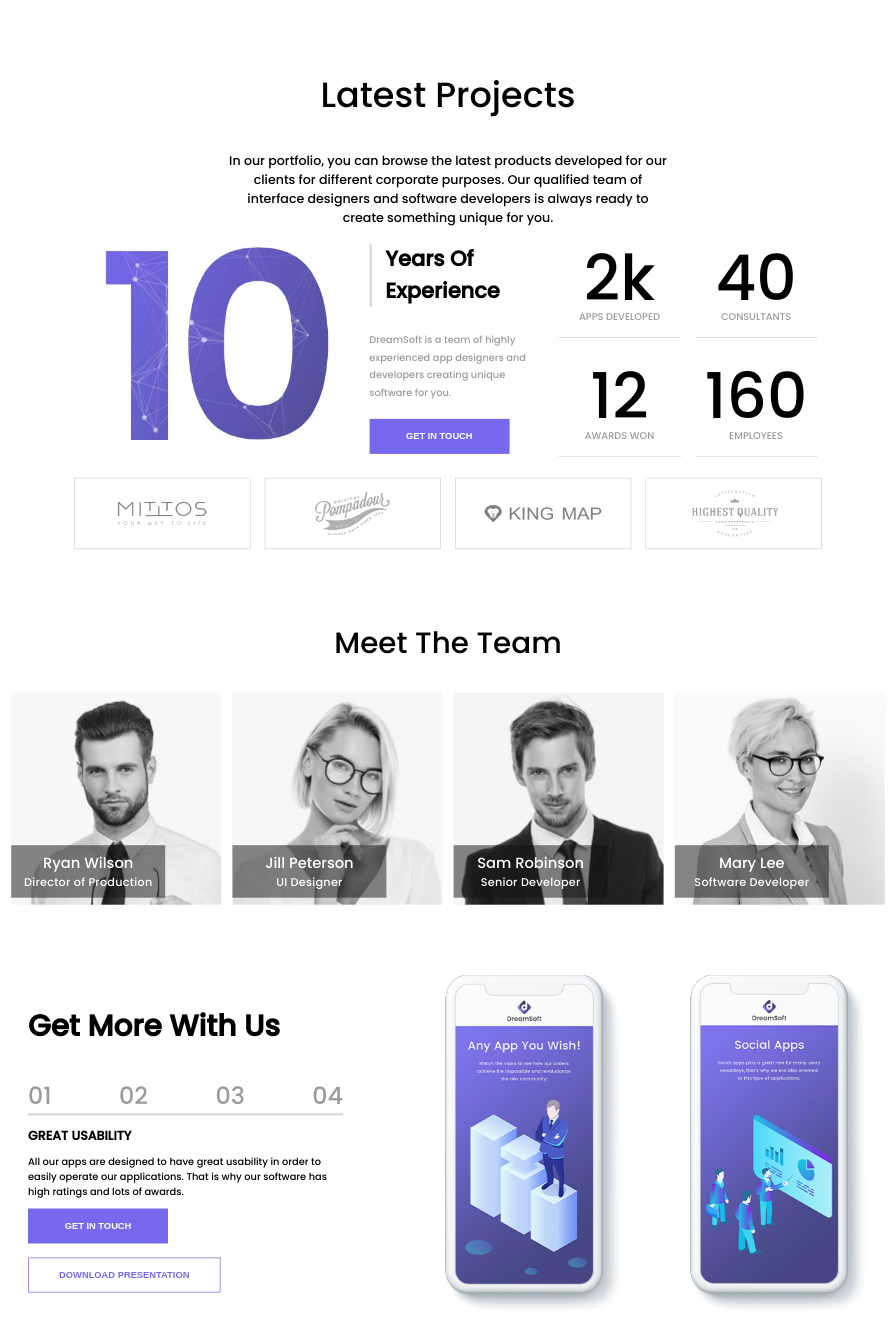
Repository: kkyler24/ladders-bootcamp-awesome
Page: index.html
These files come from the project's save history. The page is drawn as it stood at one moment and after the next save; the edit follows.
The browser window is 1280 px wide. The pictures show the part of the page from y = 1339 to 3239 px (the page is 6056 px tall), at 70% of full size.

Above is the page before, as saved 2021-03-19 16:16:57.

After the next save:
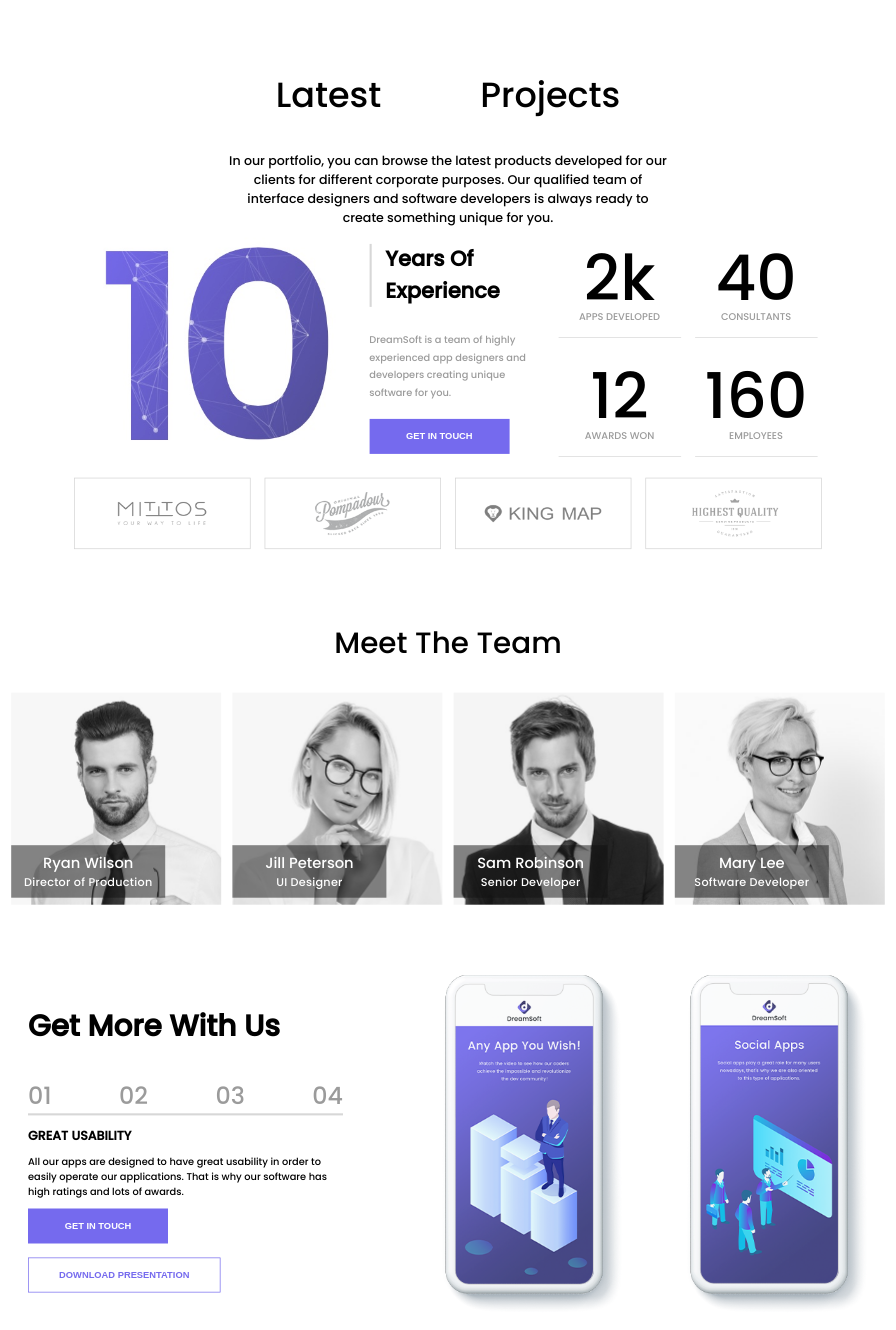
Saved 45 s later.
--- a/kstyle.css
+++ b/kstyle.css
@@ -104,4 +104,5 @@ ul.li.a {
 #latestPro{
   font-size: 50px;
   font-weight: lighter;
+  word-spacing: 4ch;
 }
